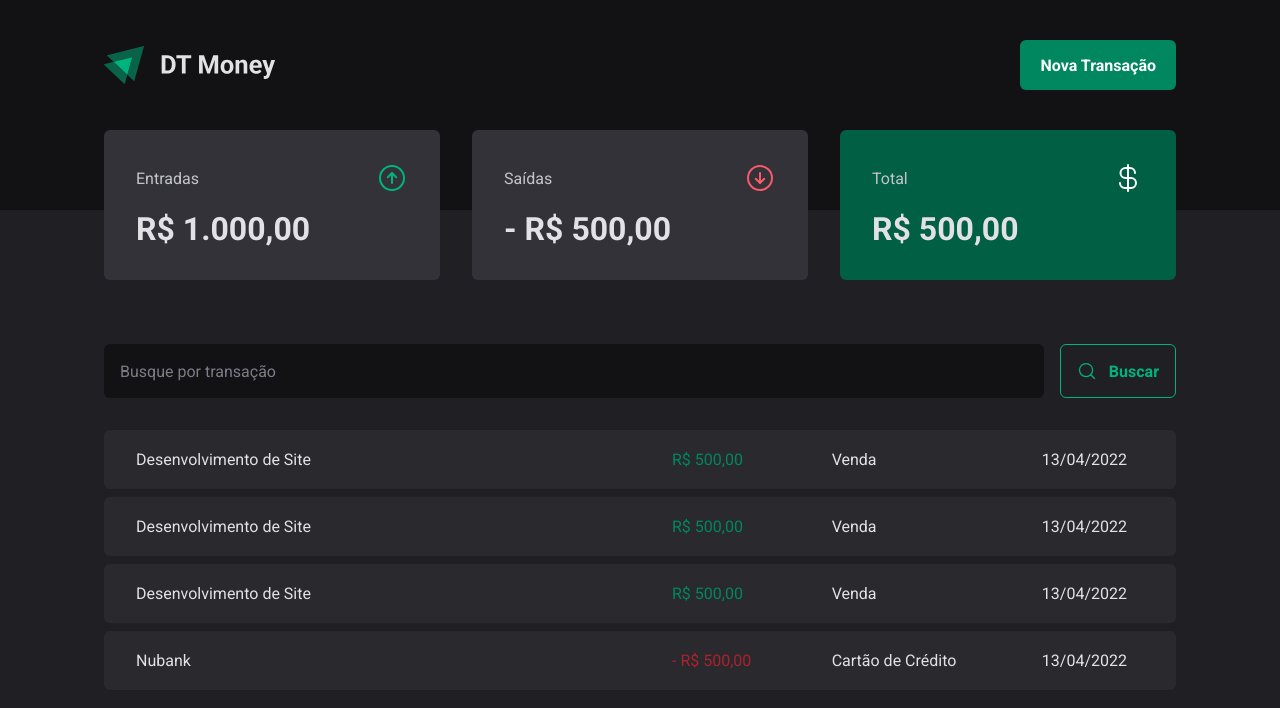
Repository: guilhermecardoso93/dtmoney-reactjs-ignite
Page: /
These files come from the project's save history. The page is drawn as it stood at one moment and after the next save; the edit follows.
The browser window is 1280 px wide. The pictures show the whole page.
The project was rebuilt for these pictures with package versions that can differ from the ones it lists, and the page was loaded fresh each time. Also part of the build but not shown: vite.config.ts.

Above is the page before, as saved 2022-08-15 22:19:13.

### index.html
<!DOCTYPE html>
<html lang="pt-BR">
  <head>
    <meta charset="UTF-8" />
    <link rel="icon" type="image/svg+xml" href="/vite.svg" />
    <link rel="preconnect" href="https://fonts.googleapis.com" />
    <link rel="preconnect" href="https://fonts.gstatic.com" crossorigin />
    <link
      href="https://fonts.googleapis.com/css2?family=Fredoka+One&family=Roboto:wght@300;400;500;700&display=swap"
      rel="stylesheet"
    />
    <meta name="viewport" content="width=device-width, initial-scale=1.0" />
    <title>Dt Money 2022</title>
  </head>
  <body>
    <div id="root"></div>
    <script type="module" src="/src/main.tsx"></script>
  </body>
</html>

### src/App.tsx
import { ThemeProvider } from "styled-components";
import { Header } from "./components/Header";
import { Summary } from "./components/Summary";
import { Transactions } from "./pages/Transactions";
import { GlobalStyle } from "./styles/global";
import { defaultTheme } from "./styles/themes/default";

export function App() {
  return (
    <ThemeProvider theme={defaultTheme}>
      <GlobalStyle />
      <Header />
      <Summary />
      <Transactions/>
    </ThemeProvider>
  );
}

### src/components/Header/index.tsx
import * as Dialog from "@radix-ui/react-dialog";

import { HeaderContainer, HeaderContent, NewTransactionButton } from "./styles";
import LogoImg from "../../assets/logo.svg";

export function Header() {
  return (
    <HeaderContainer>
      <HeaderContent>
        <img src={LogoImg} alt="" />

        <Dialog.Root>
          <Dialog.Trigger asChild>
            <NewTransactionButton>Nova Transação</NewTransactionButton>
          </Dialog.Trigger>
        </Dialog.Root>
      </HeaderContent>
    </HeaderContainer>
  );
}

### src/components/Summary/index.tsx
import { ArrowCircleDown, ArrowCircleUp, CurrencyDollar } from "phosphor-react";
import { SummaryCard, SummaryContainer } from "./styles";

export function Summary() {
  return (
    <SummaryContainer>
      <SummaryCard>
        <header>
          <span>Entradas</span>
          <ArrowCircleUp size={32} color="#00b37e" />
        </header>
        <strong>R$ 1.000,00</strong>
      </SummaryCard>
      <SummaryCard>
        <header>
          <span>Saídas</span>
          <ArrowCircleDown size={32} color="#f75a68" />
        </header>
        <strong> - R$ 500,00</strong>

      </SummaryCard>
      <SummaryCard variant="green">
        <header>
          <span>Total</span>
          <CurrencyDollar size={32} color="#fff" />
        </header>
        <strong>R$ 500,00</strong>
      </SummaryCard>
    </SummaryContainer>
  );
}

### src/pages/Transactions/index.tsx
import { SearchForm } from "./components/SearchForm";
import {
  PriceHighLight,
  TransactionContainer,
  TransactionTable,
} from "./styles";

export function Transactions() {
  return (
    <>
      <TransactionContainer>
        <SearchForm />
        <TransactionTable>
          <tbody>
            <tr>
              <td width="50%">Desenvolvimento de Site</td>
              <td>
                <PriceHighLight variant="income">R$ 500,00</PriceHighLight>
              </td>
              <td>Venda</td>
              <td>13/04/2022</td>
            </tr>
            <tr>
              <td width="50%">Desenvolvimento de Site</td>
              <td>
                <PriceHighLight variant="income">R$ 500,00</PriceHighLight>
              </td>
              <td>Venda</td>
              <td>13/04/2022</td>
            </tr>
            <tr>
              <td width="50%">Desenvolvimento de Site</td>
              <td>
                <PriceHighLight variant="income">R$ 500,00</PriceHighLight>
              </td>
              <td>Venda</td>
              <td>13/04/2022</td>
            </tr>
            <tr>
              <td width="50%">Nubank</td>
              <td>
                <PriceHighLight variant="outcome">- R$ 500,00</PriceHighLight>
              </td>
              <td>Cartão de Crédito</td>
              <td>13/04/2022</td>
            </tr>
          </tbody>
        </TransactionTable>
      </TransactionContainer>
    </>
  );
}

### src/styles/global.ts
import { createGlobalStyle } from "styled-components";

export const GlobalStyle = createGlobalStyle`
* {
  margin: 0;
  padding: 0;
  box-sizing: border-box;
}

:focus {
  outline: 0;
  box-shadow:0 0 0 2ox ${(props) => props.theme["green-500"]} ;
}

body {
  background-color: ${(props) => props.theme["gray-800"]};
  color:${(props) => props.theme["gray-100"]}
}

body, input, text-area, button {
  font:400 1rem 'Roboto' ;
}
`;

### src/components/Header/styles.ts
import styled from "styled-components";
import * as Dialog from "@radix-ui/react-dialog";


export const HeaderContainer = styled.header`
background-color: ${(props) => props.theme["gray-900"]};
padding: 2.5rem 0 7.5rem;
`;

export const HeaderContent = styled.div`
  width: 100%;
  max-width: 1120px;
  margin: 0 auto;
  padding: 0 1.5rem;

  display: flex;
  justify-content: space-between;
  align-items: center;
`;

export const NewTransactionButton = styled.button`
  height: 50px;
  border: 0;
  background-color: ${(props) => props.theme["green-500"]};
  color:${(props) => props.theme.white};
  font-weight:bold;
  padding: 0 1.25rem;
  border-radius: 6px;
  cursor: pointer;
  transition: background-color 0.2s;

  &:hover {
    background-color: ${(props) => props.theme["green-700"]};
  }
`;

### src/components/Summary/styles.ts
import styled, { css } from "styled-components";

export const SummaryContainer = styled.section`
  width: 100%;
  max-width: 1120px;
  margin: 0 auto;
  padding: 0 1.5rem;

  display:grid;
  grid-template-columns:  repeat(3, 1fr);
  gap: 2rem;

  margin-top: -5rem;
  `;

interface SummaryCardProps {
  variant?: "green";
}

export const SummaryCard = styled.div<SummaryCardProps>`
  background-color: ${(props) => props.theme["gray-600"]};
  border-radius: 6px;
  padding: 2rem;

  header{
    display: flex;
    align-items: center;
    justify-content: space-between;
    color: ${(props) => props.theme["gray-300"]};
  }

  strong {
    display: block;
    font-size: 2rem;
    margin-top: 1rem;
  }

  ${(props) =>
  props.variant === "green" && css`
    background-color: ${(props) => props.theme["green-700"]};
  `}

`;

### src/pages/Transactions/components/SearchForm/index.tsx
import { MagnifyingGlass } from "phosphor-react";
import { SearchFormContainer } from "./styles";

export function SearchForm() {
  return (
    <SearchFormContainer>
      <input type="text" placeholder="Busque por transação" />
      <button type="submit">
        <MagnifyingGlass size={20} />
        Buscar
      </button>
    </SearchFormContainer>
  );
}

### src/pages/Transactions/styles.ts
import styled, { css } from "styled-components";

export const TransactionContainer = styled.main`
  width: 100%;
  max-width: 1120px;
  margin: 4rem auto 0;
  padding: 0 1.5rem;
  `;

export const TransactionTable = styled.table`
width: 100%;
border-collapse: separate;
border-spacing: 0 0.5rem;
margin-top: 1.5rem;

td {
  padding: 1.25rem 2rem;
  background-color: ${(props) => props.theme["gray-700"]};

  &:first-child {
    border-top-left-radius: 6px;
    border-bottom-left-radius: 6px;
  }

  &:last-child {
    border-top-right-radius: 6px;
    border-bottom-right-radius: 6px;
  }
}
`;

interface PriceHighLightProps {
  variant: "income" | "outcome";
}

export const PriceHighLight = styled.span<PriceHighLightProps>`
  color: ${(props) =>
  props.variant === "income"
    ? props.theme["green-500"]
    : props.theme["red-500"]};
`;

### src/pages/Transactions/components/SearchForm/styles.ts
import styled, { css } from "styled-components";

export const SearchFormContainer = styled.form`
  display: flex;
  gap: 1rem;

  input {
    flex: 1;
    border-radius: 6px;
    border: 0;
    color: ${(props) => props.theme["gray-300"]};
    background-color: ${(props) => props.theme["gray-900"]};
    padding: 1rem;

    &::placeholder {
      color: ${(props) => props.theme["gray-500"]};
    }
  }

  button {
    display: flex;
    align-items: center;
    gap: 0.75rem;

    border: 0;
    padding: 1rem;
    background: transparent;
    border: 1px solid ${(props) => props.theme["green-300"]};
    color: ${(props) => props.theme["green-300"]};
    font-weight: bold;
    border-radius: 6px;

    &:hover {
      background: ${(props) => props.theme["green-500"]};
      border: 1px solid ${(props) => props.theme["green-500"]};
      color: ${(props) => props.theme.white};
      transition: background-color 0.2s, color 0.2s, border-color 0.2s;
    }
  }
`;

Loaded but not shown: src/main.tsx (common file); src/styles/themes/default.ts (common file)

After the next save:
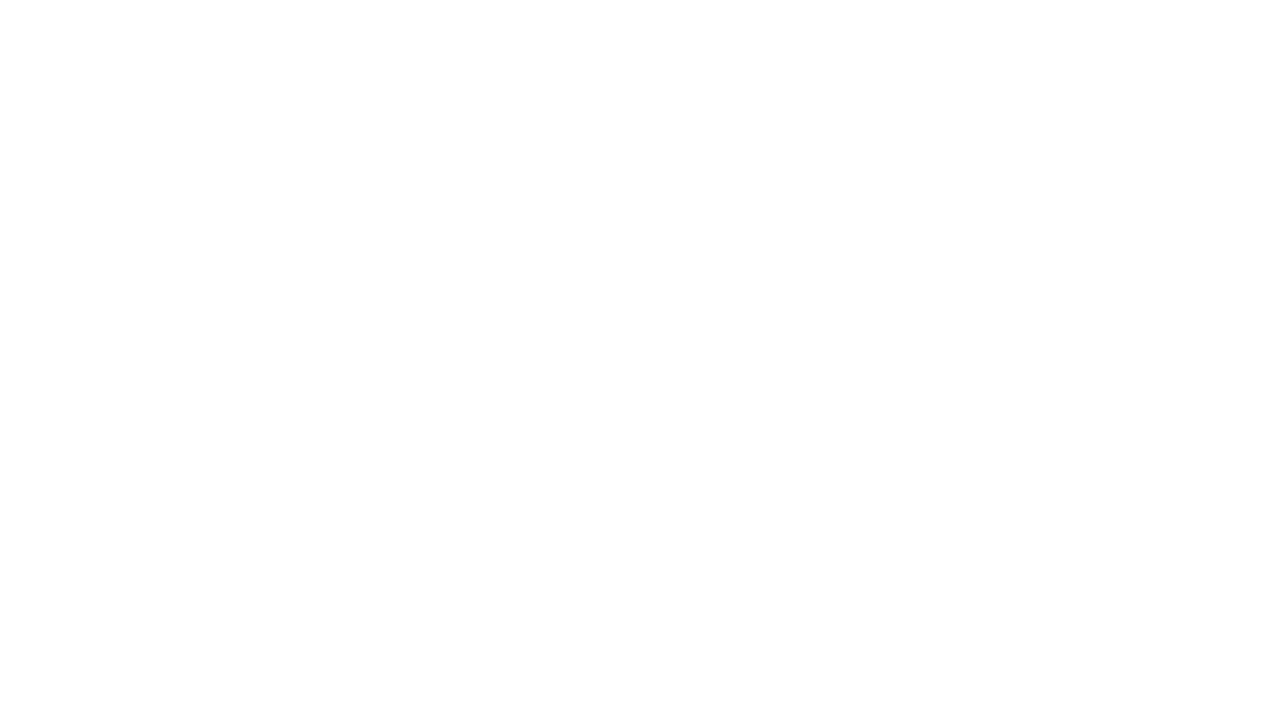
Console error (its wording comes from the project's code and is left out).
Saved 35 min 54 s later.
--- a/src/components/Header/index.tsx
+++ b/src/components/Header/index.tsx
@@ -14,6 +14,13 @@
             <NewTransactionButton>Nova Transação</NewTransactionButton>
           </Dialog.Trigger>
         </Dialog.Root>
+        <Dialog.Portal>
+          <Dialog.Overlay/>
+          <Dialog.Content>
+            <Dialog.Title>Nova Transação</Dialog.Title>
+            <Dialog.Close/>
+          </Dialog.Content>
+        </Dialog.Portal>
       </HeaderContent>
     </HeaderContainer>
   );

After the 2 saves that followed:
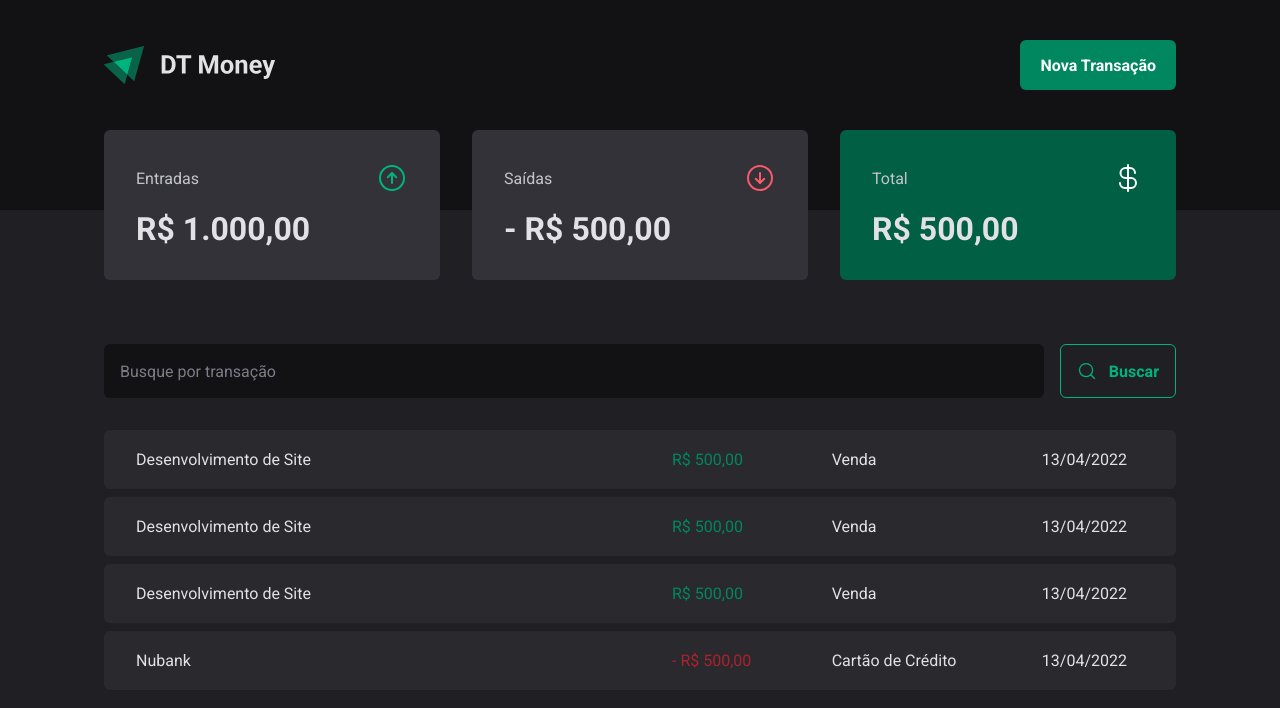
The error is gone.
The 2 saves are shown as one change because 1 left the picture as it was.
The last was saved 5 min 2 s later.
--- a/src/components/Header/index.tsx
+++ b/src/components/Header/index.tsx
@@ -13,14 +13,15 @@
           <Dialog.Trigger asChild>
             <NewTransactionButton>Nova Transação</NewTransactionButton>
           </Dialog.Trigger>
-        </Dialog.Root>
-        <Dialog.Portal>
-          <Dialog.Overlay/>
+          <Dialog.Portal>
+          <Dialog.Overlay />
           <Dialog.Content>
             <Dialog.Title>Nova Transação</Dialog.Title>
-            <Dialog.Close/>
+            <Dialog.Close />
           </Dialog.Content>
         </Dialog.Portal>
+        </Dialog.Root>
+
       </HeaderContent>
     </HeaderContainer>
   );
